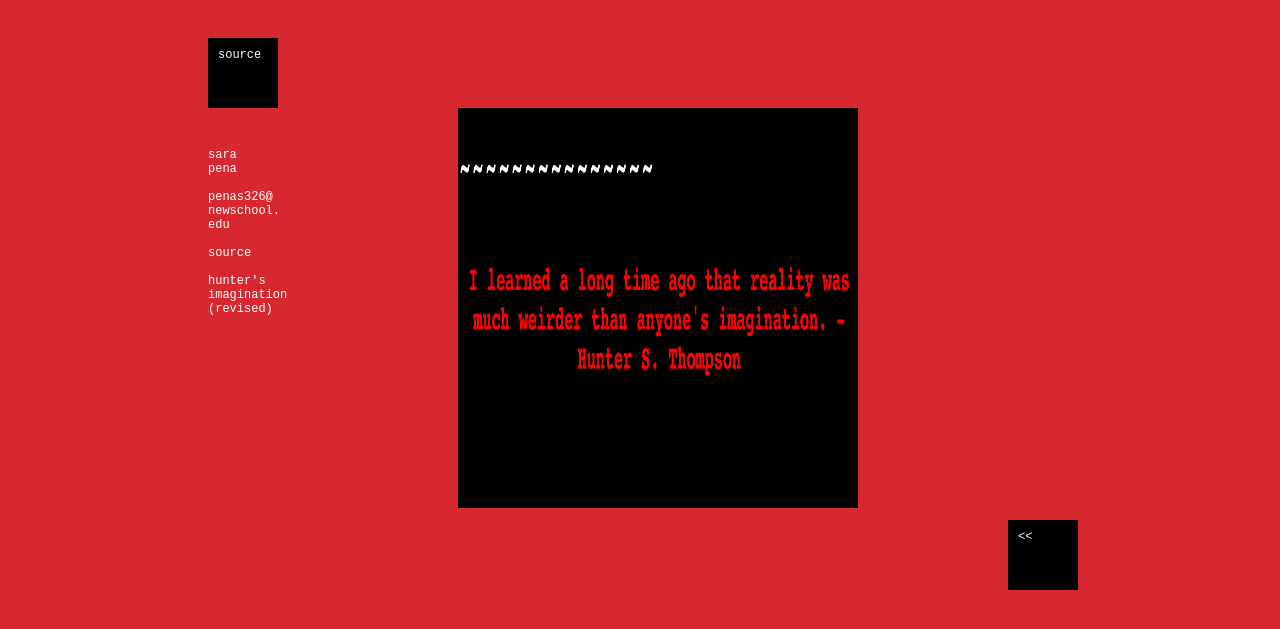
Repository: raghu225/raghu225.github.io
Page: archive/n_sara.html
The author's editor kept a record of every edit. The page is drawn from the files as they stood at one moment, then again after the next edit.
The browser window is 1280 px wide. The pictures show the whole page.

Above is the page before.

### archive/n_sara.html
<html>

    <head>
        <title>Sara Pena</title>
        <link href="assets/css/style.css" rel="stylesheet" type="text/css" />
    </head>

    <body>

    <div class="wrapper">

        <div class="black icon"><p>source</p></div>
        <p class="text">
            sara
            <br>
            pena
            <br>
            <br>
            penas326@
            <br>
            newschool.
            <br>
            edu
            <br>
            <br>
            <a href="http://penas326.github.io/lab/revisedcomposition/index.html">source</a>
            <br>
            <br>
            hunter's
            <br>
            imagination
            <br>
            (revised)
        </p>

        <!--<div class="static-wrapper">-->
            <img class="static" src="assets/images/sara.png"/>
        <!--</div>-->
        <a href="index.html"><div class="prev"><p><<</p></div></a>
    </body>

</html>

### archive/assets/css/style.css
body {
    background-color: #d72831;
}

.wrapper {
    /*width: 1000px;*/
    /*margin-top: 20px;*/
    /*margin-left: 300px;*/
    /*position: absolute;*/
    display: inline-block;
    width: 100%
}

.background {
    margin-left: 60px;
    margin-top: 30px;
    width: 70px;
    height: 70px;
    /*border: solid white;*/
    /*display: inline block;*/
    box-shadow: 1px 1px 12px #000000;
    transition: all .6s ease-in-out;
}

.vertical1 {
  position: absolute;
  margin-left: -342px;
  margin-top: -170px;
}

.vertical2 {
    position: absolute;
    margin-left: -342px;
    margin-top: -70px;
}

.vertical3 {
    position: absolute;
    margin-left: -342px;
    margin-top: 130px;
}


.background:hover {
    transform: scale(1.1);
}

.black {
    background-color: #000;
    /*display: inline-block;*/
    /*float: left;*/
}

.white {
    background-color: #fff;
    /*width: 90px;*/
    /*height: 90px;*/
    /*float: right;*/
    display: inline-block;
}

.grey:hover {
    background-color: black;
}

.text {
    font-family: 'courier new', courier;
    color: white;
    font-size: 12px;
    font-weight: lighter;
    width: 70px;
    margin-left: 200px;
    margin-top: 30px;
}

.icon {
    margin-left: 200px;
    margin-top: 30px;
    width: 70px;
    height: 70px;
}

.prev {
    background-color: black;
    width: 70px;
    height: 70px;
    /*margin-right: 0px;*/
    margin-top: 10px;
    margin-left: 1000px;
    text-decoration: none;
    color: white;
}

.left {
    float: left;
}

.static {
    /*position: absolute;*/
    width: 400px;
    height: 400px;
    margin-top: -220px;
    margin-left: 450px;
}

.static-wrapper {
    width: 100%;
}

p {
    margin-left: 10px;
    padding-top: 10px;
    font-family: 'courier new', courier;
    color: white;
    font-size: 12px;
    font-weight: lighter;
    /*position: relative;*/
}

a {
    text-decoration: none;
    color: white;
}

After the next edit:
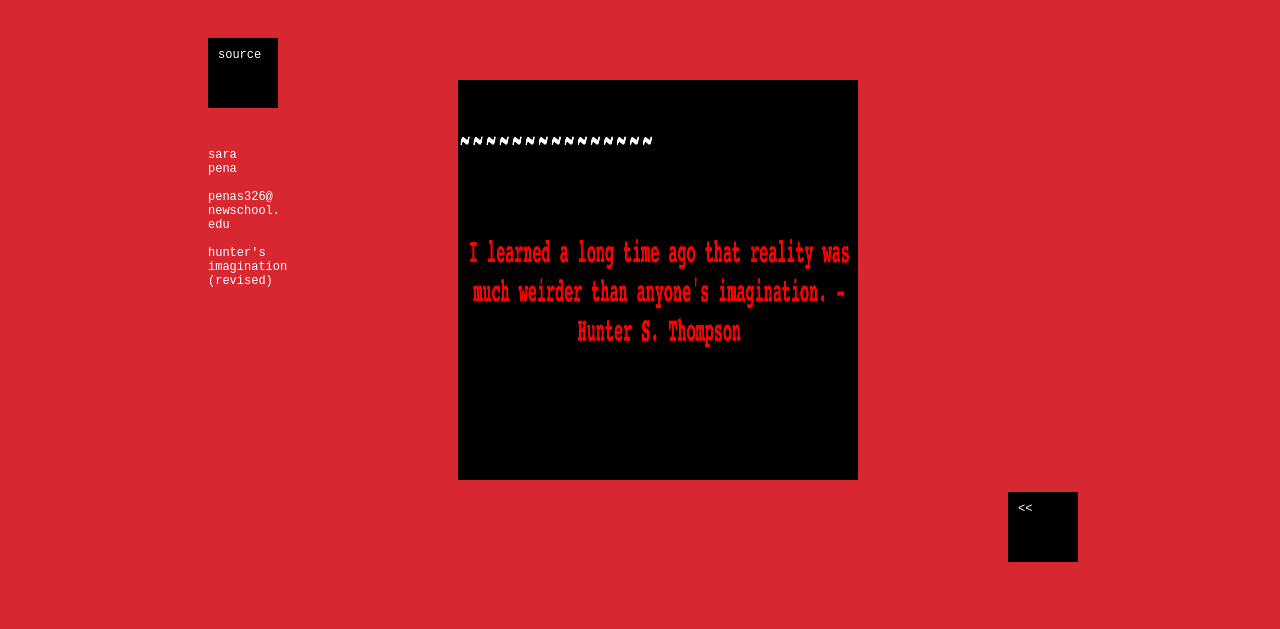
The edit:
--- a/archive/n_sara.html
+++ b/archive/n_sara.html
@@ -23,9 +23,6 @@
             edu
             <br>
             <br>
-            <a href="http://penas326.github.io/lab/revisedcomposition/index.html">source</a>
-            <br>
-            <br>
             hunter's
             <br>
             imagination

After the edit that followed:
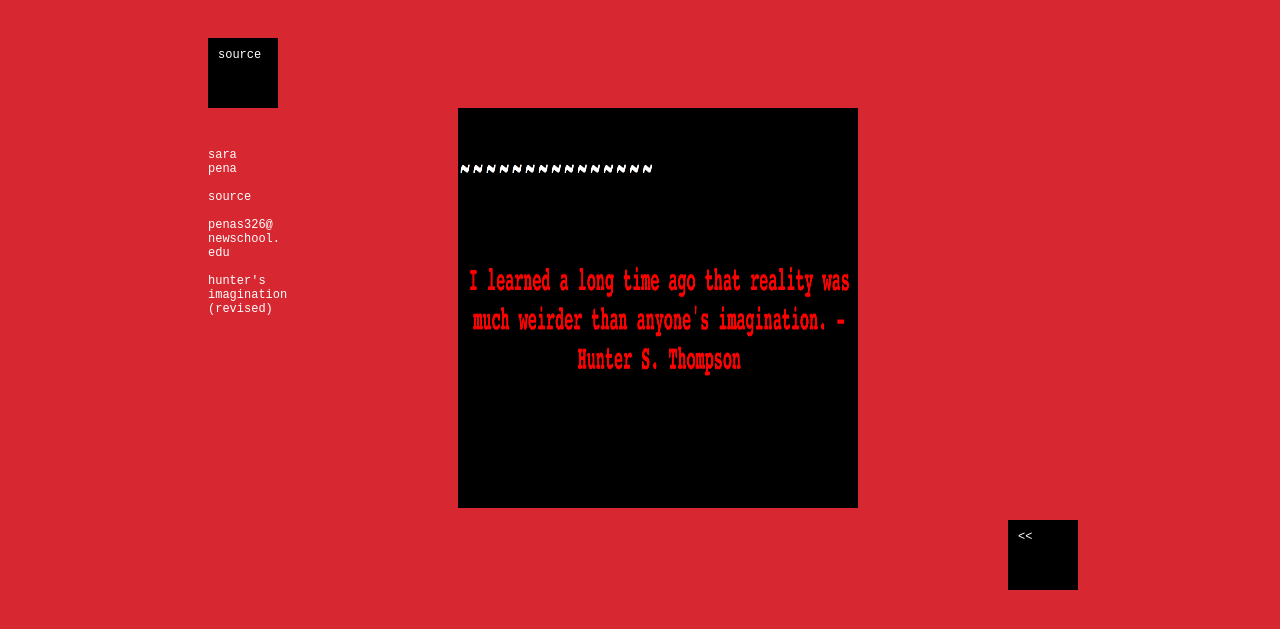
The edit:
--- a/archive/n_sara.html
+++ b/archive/n_sara.html
@@ -14,6 +14,9 @@
             sara
             <br>
             pena
+            <br>
+            <br>
+            <a href="http://penas326.github.io/lab/revisedcomposition/index.html">source</a>
             <br>
             <br>
             penas326@
